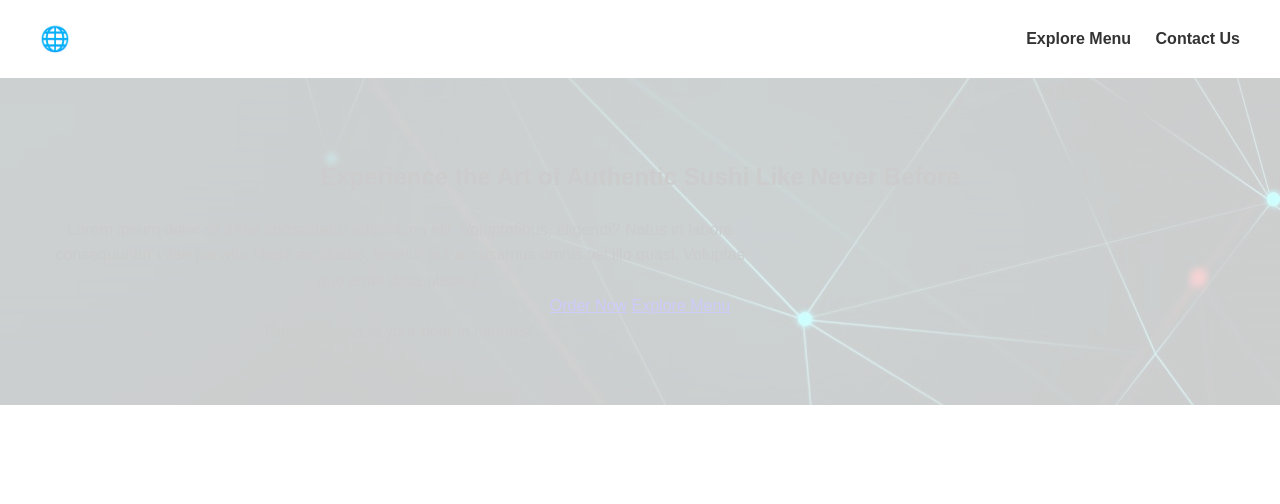
Repository: Femi007-gh/experience
Page: index.html
An editor plug-in stored every save of this project. The page is shown before and after the next save, followed by the edit.
The browser window is 1280 px wide. The pictures show the whole page.

Above is the page before, as saved 2025-01-16 06:52:43.

### index.html
<html>
  <head>
    <title></title>
    <link rel="stylesheet" href="style.css">
  </head>
  <body>
    <header>
      <div class="logo">🌐</div>
      <nav>
        <a href="#">Explore Menu</a>
        <a href="#">Contact Us</a>
      </nav>
    </header>
    <main>
      <section class="hero">
        <h1>Experience the Art of Authentic Sushi Like Never Before</h1>
        <p>Lorem ipsum dolor sit amet consectetur adipisicing elit. Voluptatibus, eligendi? Natus in labore consequuntur vitae pariatur libero explicabo, tenetur aut accusamus omnis vel illo quasi. Voluptas quo amet dicta placeat.</p>
        <div class="cta-buttons">
          <a href="#" class="btn-primary">Order Now</a>
          <a href="#" class="btn-secondary">Explore Menu</a>
        </div>
        <p class="delivery-info">Delivery fresh to your door in minutes!</p>
      </section>
    </main>
  </body>
</html>

### style.css
/* body or * */
body {
  padding: 0;
  margin: 0;
  background-color: white;
  font-family: Arial, Helvetica, sans-serif;
  line-height: 1.6;
}

header {
  display: flex;
  justify-content: space-between;
  align-items: center;
  padding: 20px 40px;
  background-color: #fff;
}

header .logo {
  font-size: 24px;
}

header nav a {
  text-decoration: none;
  margin-left: 20px;
  color: #333;
  font-weight: 600;
}

header nav a:hover {
  color: #0077b6;
}

.hero {
  text-align: center;
  padding: 60px 20px;
  background: #fff url('ART.jpg') no-repeat center;
  background-size: cover;
  position: relative;
}

.hero::before {
  content: "";
  position: absolute;
  top: 0;
  left: 0;
  width: 100%;
  height: 100%;
  background-color: rgba(255, 255, 255, 0.8);
}

.hero p {
  max-width: 700px;
  margin: auto 30px;
}

After the next save:
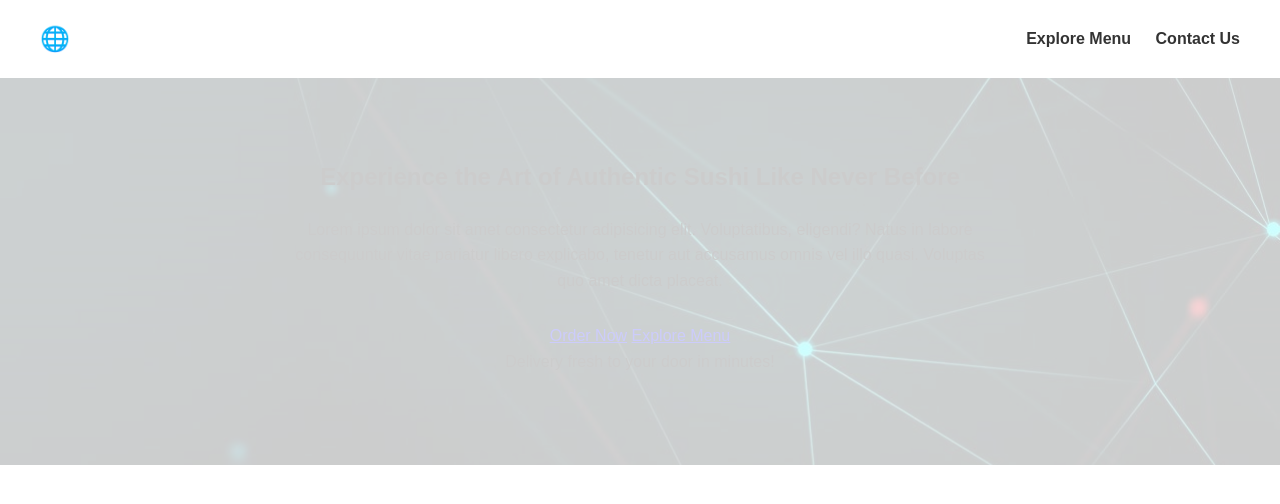
Saved 6 s later.
--- a/style.css
+++ b/style.css
@@ -50,5 +50,5 @@ header nav a:hover {
 
 .hero p {
   max-width: 700px;
-  margin: auto 30px;
+  margin: 0 auto 30px;
 }
